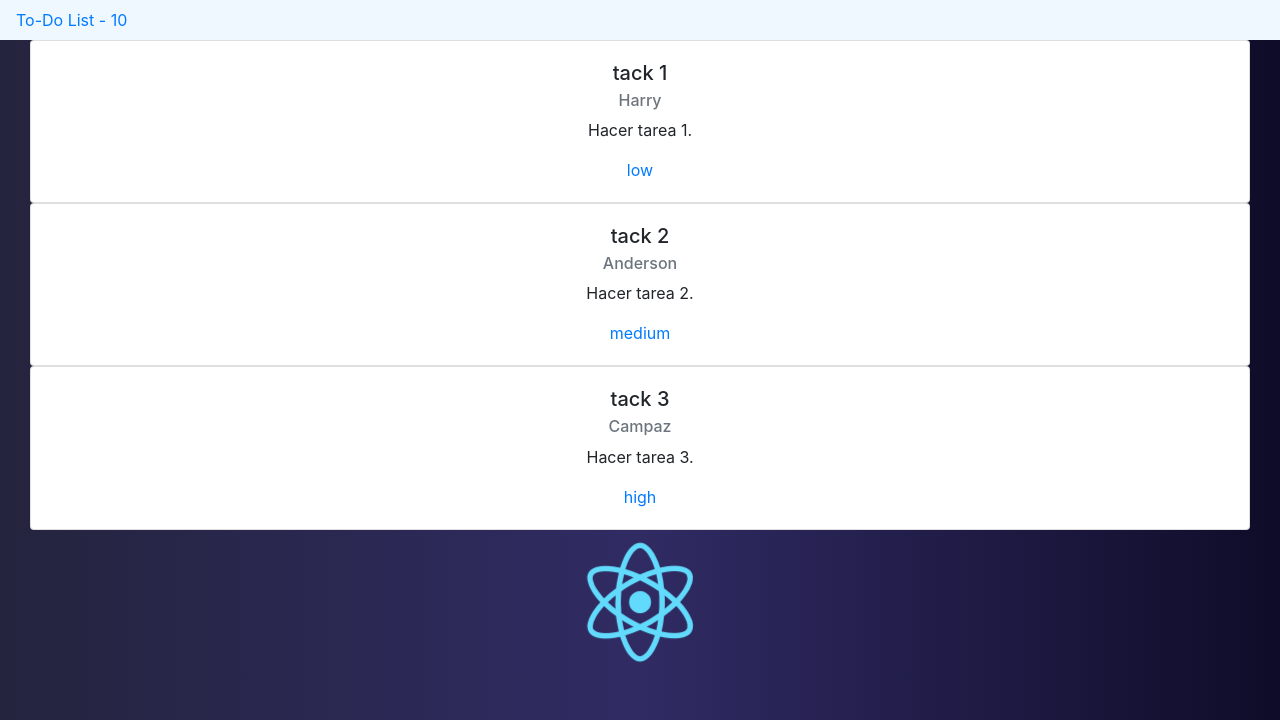
Repository: harrycampaz/to-do-react
Page: /
The author's editor kept a copy of each file at every save. The page is drawn from the files as they stood at one save, then again after the next save.
The browser window is 1280 px wide. The pictures show the whole page.
The project was rebuilt for these pictures with package versions that can differ from the ones it lists, and the page was loaded fresh each time.

Above is the page before, as saved 2019-12-17 00:10:36.

After the next save:
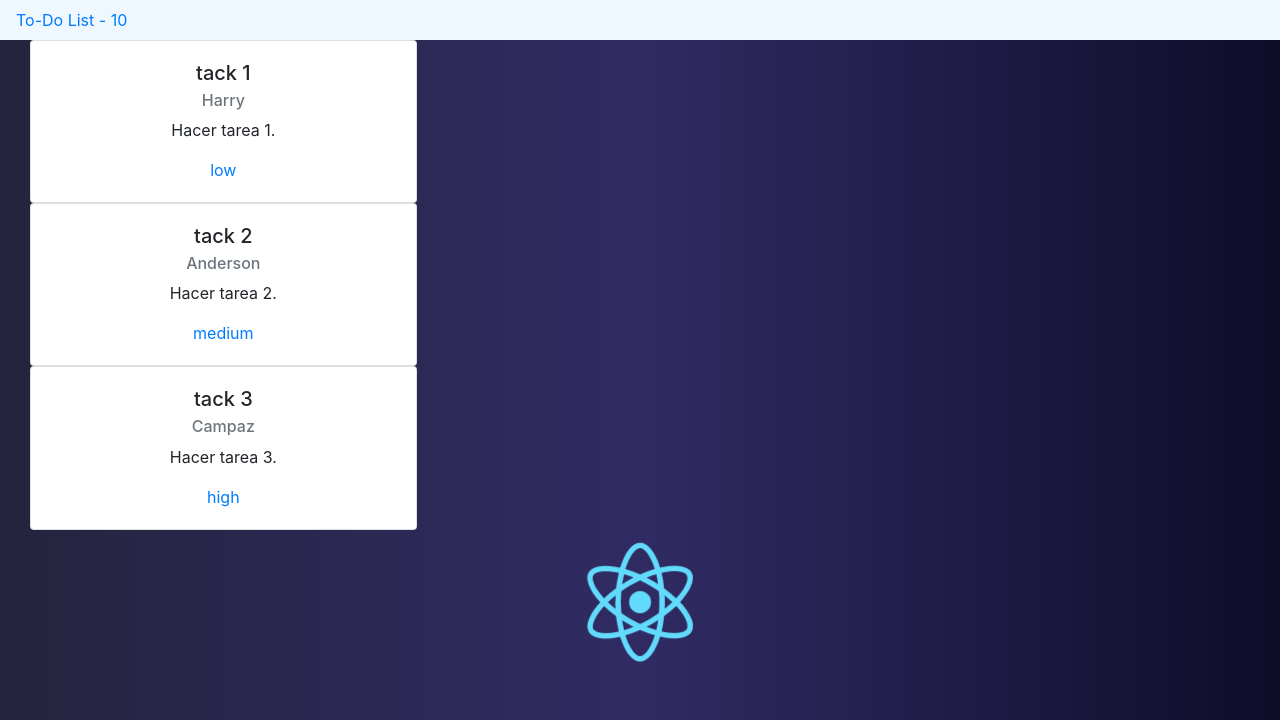
Saved 36 s later.
--- a/src/components/ListTask.js
+++ b/src/components/ListTask.js
@@ -12,7 +12,7 @@
   render() {
     const data = this.state.todos.map((todo, i) => {
       return (
-          <div className="col">
+          <div className="col-sm-4">
         <div className="card">
           <div className="card-body">
             <h5 className="card-title">{todo.title}</h5>
